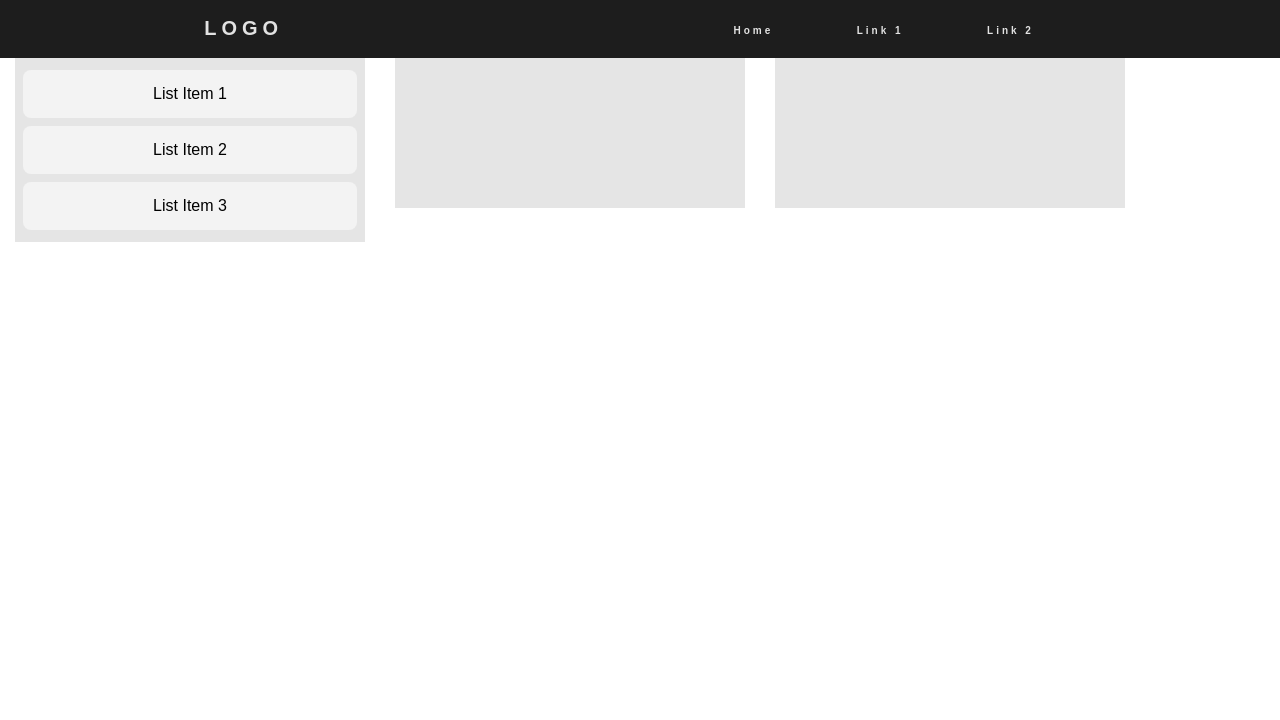
Repository: nourabdelhakam/drag-drop
Page: index.html
These files come from the project's save history. The page is drawn as it stood at one moment and after the next save; the edit follows.
The browser window is 1280 px wide. The pictures show the whole page.

Above is the page before, as saved 2020-07-03 07:37:05.

After the next save:
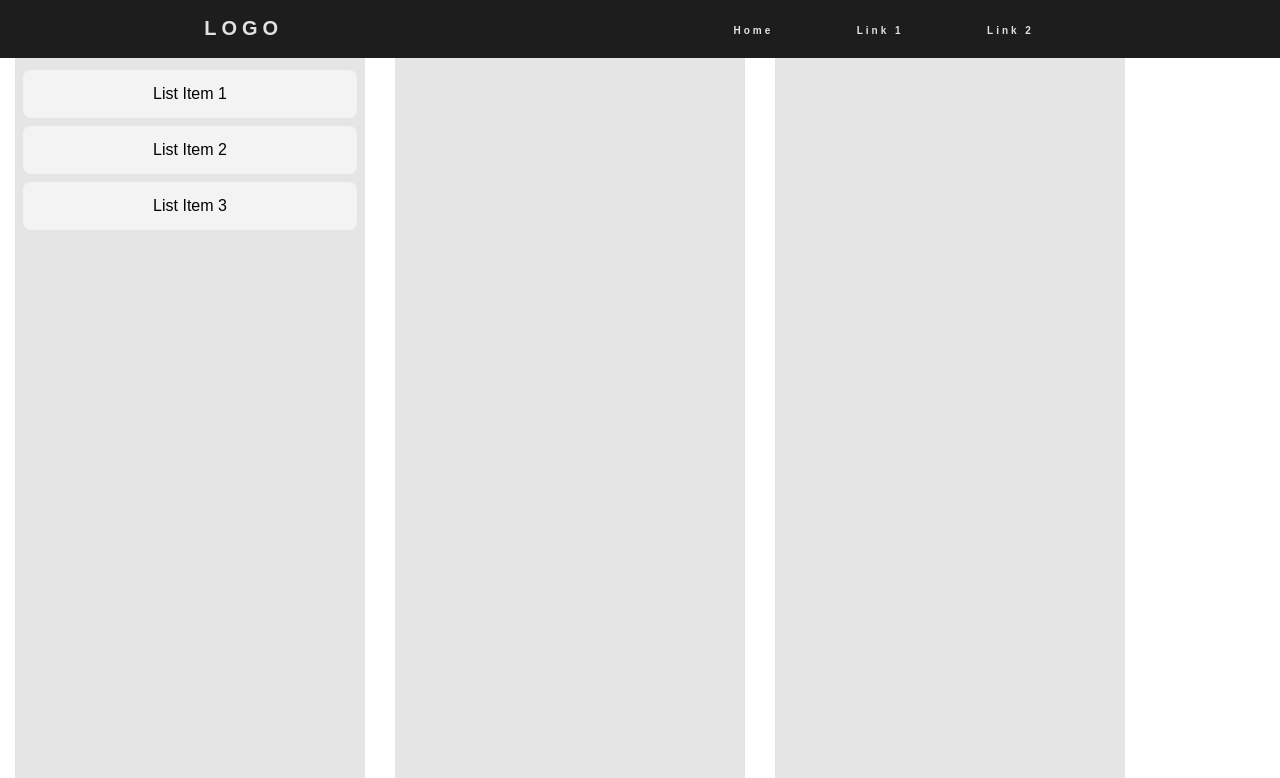
Saved 71 s later.
--- a/css/main.css
+++ b/css/main.css
@@ -9,8 +9,8 @@ body {
 .container {
     display: flex;
     flex-flow: column;
-    /* width: 100vw;
-    height: 100vh; */
+    width: 100vw;
+    height: 100vh;
 }
 .lists {
     display: flex;
